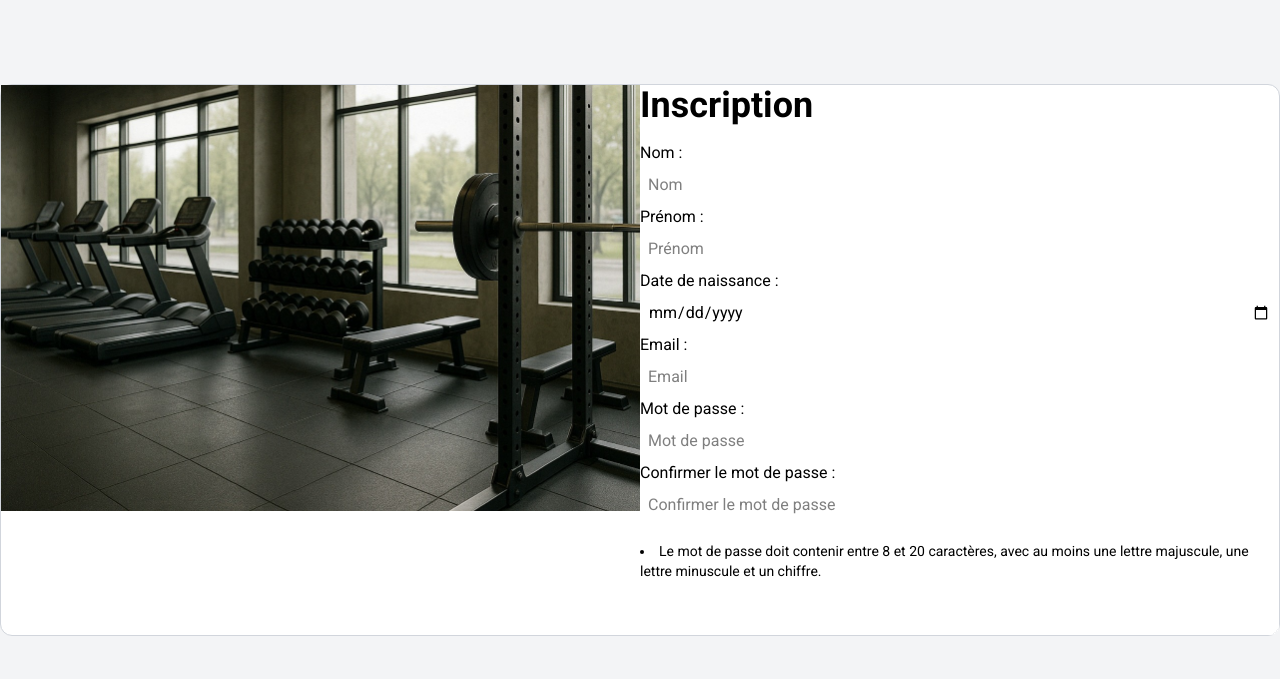
Repository: fahchouchsm/clubSportifWeb
Page: src/pages/inscription.html
An editor plug-in stored every save of this project. The page is shown before and after the next save, followed by the edit.
The browser window is 1280 px wide. The pictures show the whole page.

Above is the page before, as saved 2025-04-17 19:07:06.

### src/pages/inscription.html
<!doctype html>
<html lang="en">
  <head>
    <meta charset="UTF-8" />
    <meta name="viewport" content="width=device-width, initial-scale=1.0" />
    <link href="../css/output.css" rel="stylesheet" />
    <link rel="stylesheet" href="../css/main.css" />
    <link rel="stylesheet" href="../css/style.css" />
    <title>Inscription</title>
  </head>
  <body>
    <div
      class="flex h-screen w-screen items-center justify-center bg-gray-100 px-24"
    >
      <main
        class="mx-auto flex rounded-xl border border-gray-300 bg-white shadow-lg shadow-gray-400"
      >
        <img
          src="../../public/imgs/salleInterieur.jpeg"
          class="h-full w-1/2 rounded-s-lg object-cover"
          alt=""
        />
        <form
          action="../php/inscription.php"
          method="post"
          class="flex w-1/2 flex-col gap-4 px-8 pt-8"
        >
          <h1 class="text-4xl font-bold">Inscription</h1>
          <!-- inputs -->
          <div class="grid w-full grid-cols-2 gap-4">
            <!-- Nom -->
            <div>
              <label for="nom">Nom :</label>
              <input
                class="input-style"
                type="text"
                name="nom"
                id="nom"
                placeholder="Nom"
                pattern="[a-zA-Z ]{3,30}"
                required
              />
            </div>
            <!-- Prenom -->
            <div>
              <label for="prenom">Prénom :</label>
              <input
                type="text"
                class="input-style"
                name="prenom"
                placeholder="Prénom"
                pattern="[a-zA-Z ]{3,30}"
                id="prenom"
                required
              />
            </div>
            <!-- Date de naissance -->
            <div class="col-span-2">
              <label for="date_naissance">Date de naissance :</label>
              <input
                type="date"
                class="input-style"
                name="date_naissance"
                id="date_naissance"
                required
              />
            </div>
            <!-- Email -->
            <div class="col-span-2">
              <label for="email">Email :</label>
              <input
                type="email"
                class="input-style"
                name="email"
                placeholder="Email"
                pattern="[a-zA-Z0-9._%+-]+@[a-zA-Z0-9.-]+\.[a-zA-Z]{2,}"
                id="email"
                required
              />
            </div>
            <!-- Mot de passe -->
            <div>
              <label for="pass">Mot de passe :</label>
              <input
                class="input-style"
                type="password"
                name="motdepasse"
                id="pass"
                placeholder="Mot de passe"
                pattern="^(?=.*[a-z])(?=.*[A-Z])(?=.*\d).{8,20}$"
                required
              />
            </div>
            <!-- Confirmer Mot de passe -->
            <div>
              <label for="confPass">Confirmer le mot de passe :</label>
              <input
                type="password"
                class="input-style"
                placeholder="Confirmer le mot de passe"
                pattern="^(?=.*[a-z])(?=.*[A-Z])(?=.*\d).{8,20}$"
                id="confPass"
                required
              />
            </div>
          </div>
          <span class="text-sm text-gray-500">
            <li>
              Le mot de passe doit contenir entre 8 et 20 caractères, avec au
              moins une lettre majuscule, une lettre minuscule et un chiffre.
            </li>
          </span>
          <span class="text-sm text-red-500" id="passwordError"
            >Les mots de passe ne correspondent pas.</span
          >
          <button
            type="submit"
            class="ml-auto rounded bg-gray-500 px-4 py-2 text-white"
          >
            S'inscrire
          </button>
        </form>
      </main>
    </div>
    <script>
      document.addEventListener("DOMContentLoaded", () => {
        const form = document.querySelector("form");
        const passInput = document.getElementById("pass");
        const confPassInput = document.getElementById("confPass");
        const errorSpan = document.getElementById("passwordError");

        errorSpan.style.display = "none";

        form.addEventListener("submit", (e) => {
          if (passInput.value !== confPassInput.value) {
            e.preventDefault();
            errorSpan.style.display = "inline";
          } else {
            errorSpan.style.display = "none";
          }
        });
      });
    </script>
    <script src="../js/style.js"></script>
  </body>
</html>

### src/css/main.css
@import url("https://fonts.googleapis.com/css2?family=Roboto:wght@400;700&display=swap");

body {
  font-family: "Roboto", sans-serif;
}

### src/css/style.css
/* styles.css */
.input-style {
  @apply block w-full rounded-lg border-2 border-gray-300 p-2 focus:border-blue-500 focus:outline-none;
}

Loaded but not shown: src/js/style.js (39 lines, source omitted); src/css/output.css (1058 lines, source omitted)

After the next save:
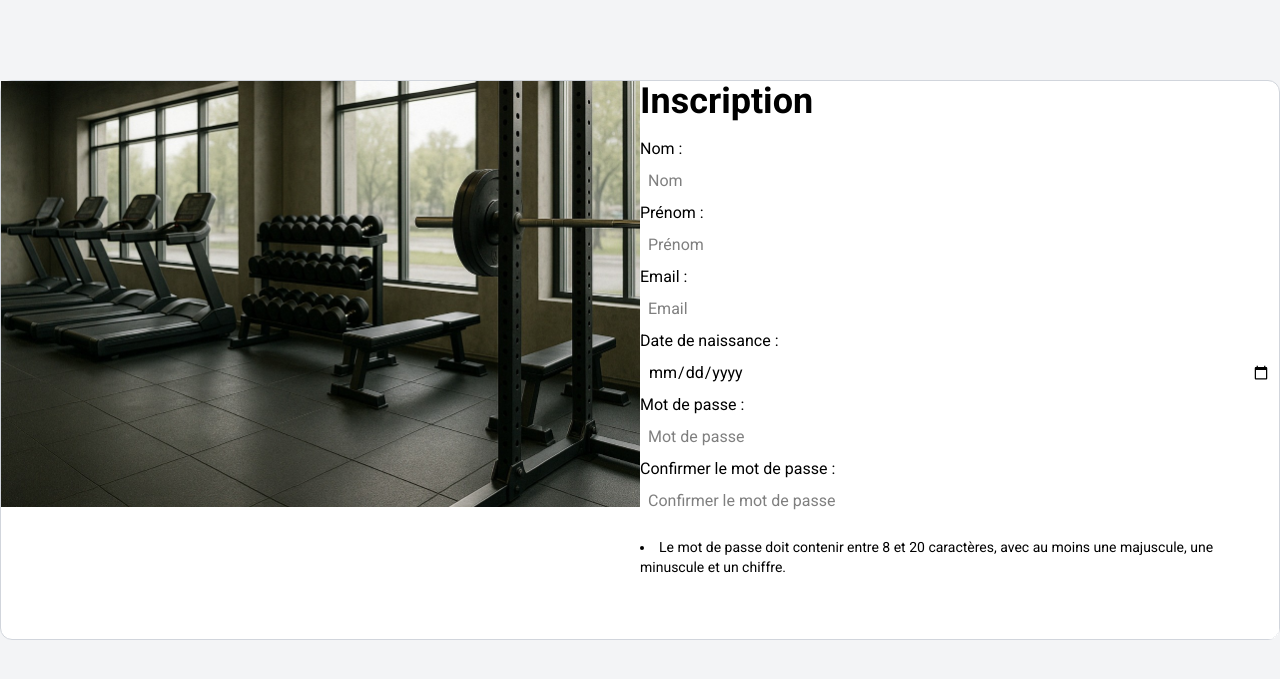
Saved 77 s later.
--- a/src/pages/inscription.html
+++ b/src/pages/inscription.html
@@ -1,5 +1,5 @@
 <!doctype html>
-<html lang="en">
+<html lang="fr">
   <head>
     <meta charset="UTF-8" />
     <meta name="viewport" content="width=device-width, initial-scale=1.0" />
@@ -18,15 +18,17 @@
         <img
           src="../../public/imgs/salleInterieur.jpeg"
           class="h-full w-1/2 rounded-s-lg object-cover"
-          alt=""
+          alt="Image salle"
         />
+
         <form
           action="../php/inscription.php"
           method="post"
           class="flex w-1/2 flex-col gap-4 px-8 pt-8"
         >
           <h1 class="text-4xl font-bold">Inscription</h1>
-          <!-- inputs -->
+
+          <!-- 🔥 Inputs Area -->
           <div class="grid w-full grid-cols-2 gap-4">
             <!-- Nom -->
             <div>
@@ -41,7 +43,8 @@
                 required
               />
             </div>
-            <!-- Prenom -->
+
+            <!-- Prénom -->
             <div>
               <label for="prenom">Prénom :</label>
               <input
@@ -54,8 +57,23 @@
                 required
               />
             </div>
+
+            <!-- Email -->
+            <div>
+              <label for="email">Email :</label>
+              <input
+                type="email"
+                class="input-style"
+                name="email"
+                placeholder="Email"
+                id="email"
+                pattern="[a-zA-Z0-9._%+-]+@[a-zA-Z0-9.-]+\.[a-zA-Z]{2,}"
+                required
+              />
+            </div>
+
             <!-- Date de naissance -->
-            <div class="col-span-2">
+            <div>
               <label for="date_naissance">Date de naissance :</label>
               <input
                 type="date"
@@ -65,19 +83,7 @@
                 required
               />
             </div>
-            <!-- Email -->
-            <div class="col-span-2">
-              <label for="email">Email :</label>
-              <input
-                type="email"
-                class="input-style"
-                name="email"
-                placeholder="Email"
-                pattern="[a-zA-Z0-9._%+-]+@[a-zA-Z0-9.-]+\.[a-zA-Z]{2,}"
-                id="email"
-                required
-              />
-            </div>
+
             <!-- Mot de passe -->
             <div>
               <label for="pass">Mot de passe :</label>
@@ -91,7 +97,8 @@
                 required
               />
             </div>
-            <!-- Confirmer Mot de passe -->
+
+            <!-- Confirmation mot de passe -->
             <div>
               <label for="confPass">Confirmer le mot de passe :</label>
               <input
@@ -104,24 +111,31 @@
               />
             </div>
           </div>
+
           <span class="text-sm text-gray-500">
             <li>
               Le mot de passe doit contenir entre 8 et 20 caractères, avec au
-              moins une lettre majuscule, une lettre minuscule et un chiffre.
+              moins une majuscule, une minuscule et un chiffre.
             </li>
           </span>
-          <span class="text-sm text-red-500" id="passwordError"
-            >Les mots de passe ne correspondent pas.</span
-          >
+
+          <!-- ❌ Password error -->
+          <span class="text-sm text-red-500" id="passwordError">
+            Les mots de passe ne correspondent pas.
+          </span>
+
+          <!-- 👊 Bouton -->
           <button
             type="submit"
-            class="ml-auto rounded bg-gray-500 px-4 py-2 text-white"
+            class="mt-2 ml-auto rounded bg-gray-700 px-4 py-2 text-white hover:bg-gray-800"
           >
             S'inscrire
           </button>
         </form>
       </main>
     </div>
+
+    <!-- 🧠 JS: Validation passwords match -->
     <script>
       document.addEventListener("DOMContentLoaded", () => {
         const form = document.querySelector("form");
@@ -141,6 +155,7 @@
         });
       });
     </script>
+
     <script src="../js/style.js"></script>
   </body>
 </html>

After the 2 saves that followed:
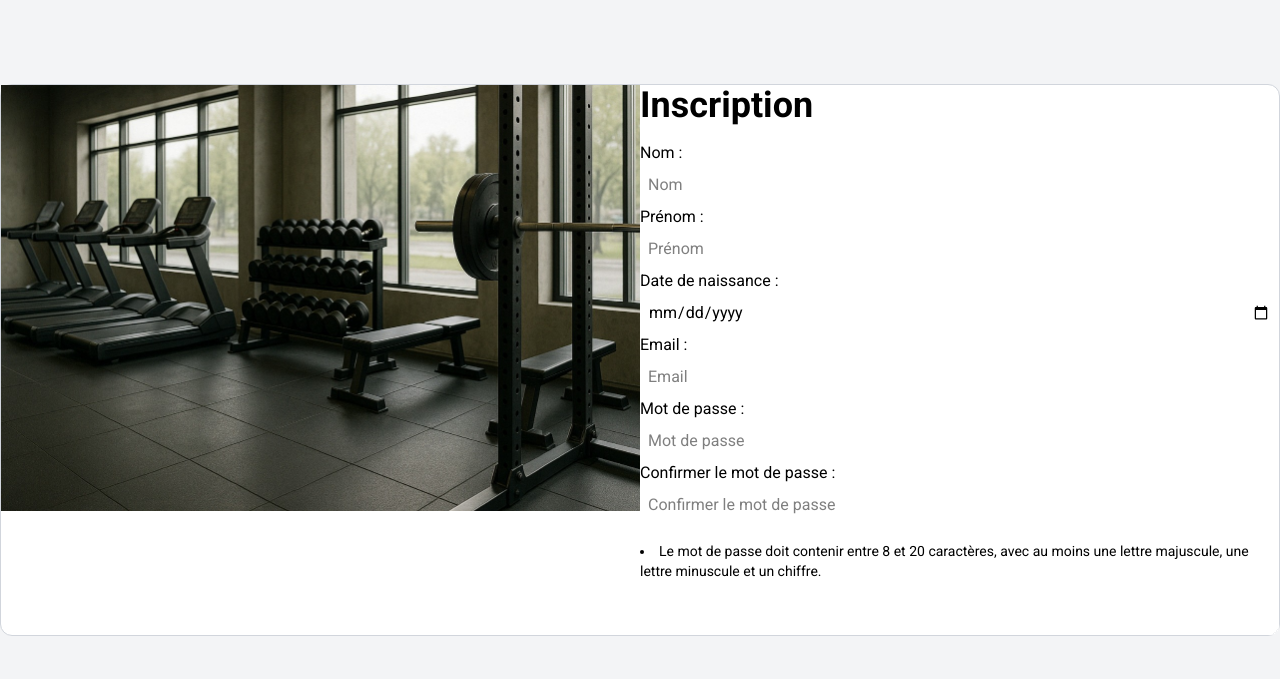
The 2 saves are shown as one change because they came seconds apart.
The last was saved 10 s later.
--- a/src/pages/inscription.html
+++ b/src/pages/inscription.html
@@ -1,5 +1,5 @@
 <!doctype html>
-<html lang="fr">
+<html lang="en">
   <head>
     <meta charset="UTF-8" />
     <meta name="viewport" content="width=device-width, initial-scale=1.0" />
@@ -18,17 +18,15 @@
         <img
           src="../../public/imgs/salleInterieur.jpeg"
           class="h-full w-1/2 rounded-s-lg object-cover"
-          alt="Image salle"
+          alt=""
         />
-
         <form
           action="../php/inscription.php"
           method="post"
           class="flex w-1/2 flex-col gap-4 px-8 pt-8"
         >
           <h1 class="text-4xl font-bold">Inscription</h1>
-
-          <!-- 🔥 Inputs Area -->
+          <!-- inputs -->
           <div class="grid w-full grid-cols-2 gap-4">
             <!-- Nom -->
             <div>
@@ -43,8 +41,7 @@
                 required
               />
             </div>
-
-            <!-- Prénom -->
+            <!-- Prenom -->
             <div>
               <label for="prenom">Prénom :</label>
               <input
@@ -57,23 +54,8 @@
                 required
               />
             </div>
-
-            <!-- Email -->
-            <div>
-              <label for="email">Email :</label>
-              <input
-                type="email"
-                class="input-style"
-                name="email"
-                placeholder="Email"
-                id="email"
-                pattern="[a-zA-Z0-9._%+-]+@[a-zA-Z0-9.-]+\.[a-zA-Z]{2,}"
-                required
-              />
-            </div>
-
             <!-- Date de naissance -->
-            <div>
+            <div class="col-span-2">
               <label for="date_naissance">Date de naissance :</label>
               <input
                 type="date"
@@ -83,7 +65,19 @@
                 required
               />
             </div>
-
+            <!-- Email -->
+            <div class="col-span-2">
+              <label for="email">Email :</label>
+              <input
+                type="email"
+                class="input-style"
+                name="email"
+                placeholder="Email"
+                pattern="[a-zA-Z0-9._%+-]+@[a-zA-Z0-9.-]+\.[a-zA-Z]{2,}"
+                id="email"
+                required
+              />
+            </div>
             <!-- Mot de passe -->
             <div>
               <label for="pass">Mot de passe :</label>
@@ -97,8 +91,7 @@
                 required
               />
             </div>
-
-            <!-- Confirmation mot de passe -->
+            <!-- Confirmer Mot de passe -->
             <div>
               <label for="confPass">Confirmer le mot de passe :</label>
               <input
@@ -111,31 +104,24 @@
               />
             </div>
           </div>
-
           <span class="text-sm text-gray-500">
             <li>
               Le mot de passe doit contenir entre 8 et 20 caractères, avec au
-              moins une majuscule, une minuscule et un chiffre.
+              moins une lettre majuscule, une lettre minuscule et un chiffre.
             </li>
           </span>
-
-          <!-- ❌ Password error -->
-          <span class="text-sm text-red-500" id="passwordError">
-            Les mots de passe ne correspondent pas.
-          </span>
-
-          <!-- 👊 Bouton -->
+          <span class="text-sm text-red-500" id="passwordError"
+            >Les mots de passe ne correspondent pas.</span
+          >
           <button
             type="submit"
-            class="mt-2 ml-auto rounded bg-gray-700 px-4 py-2 text-white hover:bg-gray-800"
+            class="ml-auto rounded bg-gray-500 px-4 py-2 text-white"
           >
             S'inscrire
           </button>
         </form>
       </main>
     </div>
-
-    <!-- 🧠 JS: Validation passwords match -->
     <script>
       document.addEventListener("DOMContentLoaded", () => {
         const form = document.querySelector("form");
@@ -155,7 +141,6 @@
         });
       });
     </script>
-
     <script src="../js/style.js"></script>
   </body>
 </html>
